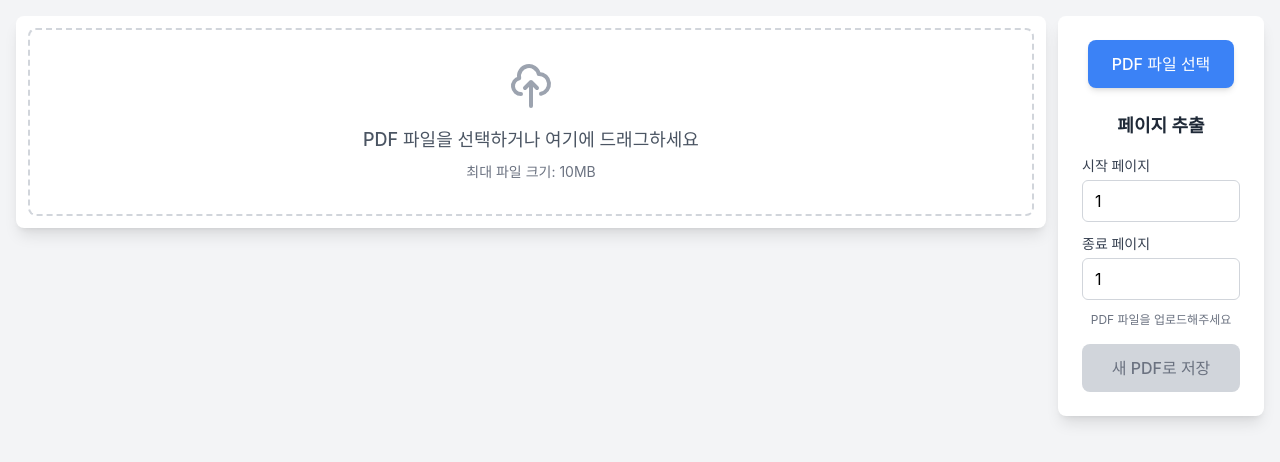
Repository: orcaCrew/PDF-Handler
Page: /
The author's editor kept a copy of each file at every save. The page is drawn from the files as they stood at one save, then again after the next save.
The browser window is 1280 px wide. The pictures show the whole page.
The project was rebuilt for these pictures with package versions that can differ from the ones it lists, and the page was loaded fresh each time.

Above is the page before, as saved 2025-07-21 13:40:59.

### public/index.html
<!DOCTYPE html>
<html lang="ko">
  <head>
    <meta charset="utf-8" />
    <link rel="icon" href="%PUBLIC_URL%/favicon.ico" />
    <meta name="viewport" content="width=device-width, initial-scale=1" />
    <meta name="theme-color" content="#000000" />
    <meta
      name="description"
      content="PDF 파일 미리보기 애플리케이션"
    />
    <title>PDF 미리보기</title>
  </head>
  <body>
    <noscript>이 앱을 실행하려면 JavaScript를 활성화해야 합니다.</noscript>
    <div id="root"></div>
  </body>
</html>

### src/App.js
import React, { useState, useRef, useEffect } from 'react';
import { Document, Page, pdfjs } from 'react-pdf';
import { PDFDocument } from 'pdf-lib';
import 'react-pdf/dist/esm/Page/AnnotationLayer.css';
import 'react-pdf/dist/esm/Page/TextLayer.css';

pdfjs.GlobalWorkerOptions.workerSrc = `//cdnjs.cloudflare.com/ajax/libs/pdf.js/${pdfjs.version}/pdf.worker.min.js`;

function App() {
  const [file, setFile] = useState(null);
  const [numPages, setNumPages] = useState(null);
  const [pageNumber, setPageNumber] = useState(1);
  const [loading, setLoading] = useState(false);
  const [isDragOver, setIsDragOver] = useState(false);
  const [loadedPages, setLoadedPages] = useState(new Set());
  const [displayedPages, setDisplayedPages] = useState(3); // lazy 로드 시작 수
  const [startPage, setStartPage] = useState(1);
  const [endPage, setEndPage] = useState(1);
  const [extracting, setExtracting] = useState(false);
  const fileInputRef = useRef(null);
  const loaderRef = useRef(null); // 스크롤 lazy 트리거용

  // Intersection Observer로 lazy loading 구현
  useEffect(() => {
    if (!loaderRef.current) return;
    const observer = new IntersectionObserver(
      ([entry]) => {
        if (entry.isIntersecting && numPages && displayedPages < numPages) {
          setDisplayedPages(prev => Math.min(prev + 3, numPages));
        }
      },
      { threshold: 1 }
    );
    observer.observe(loaderRef.current);
    return () => observer.disconnect();
  }, [displayedPages, numPages]);

  // 페이지 수가 변경될 때 endPage 업데이트
  useEffect(() => {
    if (numPages) {
      setEndPage(numPages);
    }
  }, [numPages]);

  const onFileChange = (event) => {
    const { files } = event.target;
    if (files && files[0]) {
      setFile(files[0]);
      setPageNumber(1);
      setLoadedPages(new Set());
      setDisplayedPages(3);
      setStartPage(1);
    }
    event.target.value = '';
  };

  const handleDragOver = (e) => {
    e.preventDefault();
    setIsDragOver(true);
  };

  const handleDragLeave = (e) => {
    e.preventDefault();
    setIsDragOver(false);
  };

  const handleDrop = (e) => {
    e.preventDefault();
    setIsDragOver(false);

    const droppedFiles = e.dataTransfer.files;
    if (droppedFiles && droppedFiles[0]) {
      const droppedFile = droppedFiles[0];
      if (droppedFile.type === 'application/pdf') {
        setFile(droppedFile);
        setPageNumber(1);
        setLoadedPages(new Set());
        setDisplayedPages(3);
        setStartPage(1);
      } else {
        alert('PDF 파일만 업로드 가능합니다.');
      }
    }
  };

  const onDocumentLoadSuccess = ({ numPages }) => {
    setNumPages(numPages);
    setLoading(false);
  };

  const onDocumentLoadError = (error) => {
    console.error('PDF 로드 오류:', error);
    setLoading(false);
  };

  const onPageLoadSuccess = (pageNumber) => {
    setLoadedPages(prev => {
      const newSet = new Set([...prev, pageNumber]);
      return newSet;
    });
  };

  const extractPages = async () => {
    if (!file || !numPages) {
      alert('PDF 파일을 먼저 업로드해주세요.');
      return;
    }

    if (startPage < 1 || endPage > numPages || startPage > endPage) {
      alert('올바른 페이지 범위를 입력해주세요.');
      return;
    }

    setExtracting(true);

    try {
      // PDF 파일을 ArrayBuffer로 읽기
      const arrayBuffer = await file.arrayBuffer();

      // PDF 문서 로드
      const pdfDoc = await PDFDocument.load(arrayBuffer);

      // 새 PDF 문서 생성
      const newPdfDoc = await PDFDocument.create();

      // 선택된 페이지들을 새 문서에 복사
      for (let i = startPage - 1; i < endPage; i++) {
        const [copiedPage] = await newPdfDoc.copyPages(pdfDoc, [i]);
        newPdfDoc.addPage(copiedPage);
      }

      // 새 PDF를 바이트 배열로 변환
      const pdfBytes = await newPdfDoc.save();

      // 파일 다운로드
      const blob = new Blob([pdfBytes], { type: 'application/pdf' });
      const url = URL.createObjectURL(blob);
      const link = document.createElement('a');
      link.href = url;
      link.download = `${file.name.replace('.pdf', '')}_pages_${startPage}-${endPage}.pdf`;
      document.body.appendChild(link);
      link.click();
      document.body.removeChild(link);
      URL.revokeObjectURL(url);

      alert(`${startPage}페이지부터 ${endPage}페이지까지 추출이 완료되었습니다.`);
    } catch (error) {
      console.error('PDF 추출 오류:', error);
      alert('PDF 추출 중 오류가 발생했습니다.');
    } finally {
      setExtracting(false);
    }
  };

  return (
    <div className="min-h-screen bg-gray-100 py-4">
      <div className="max-w-7xl mx-auto px-4 space-y-6">
        <div className="flex flex-col lg:flex-row gap-3">
          {/* 페이지 리스트와 미리보기 영역 */}
          <div className="lg:w-5/6">
            <div className="bg-white rounded-lg shadow-lg p-3">
              {file ? (
                <div className="space-y-6">
                  <div className="flex items-center justify-between">
                    <h2 className="text-xl font-semibold text-gray-800">
                      {file.name}
                    </h2>
                    <div className="text-gray-600">
                      총 {numPages || '...'} 페이지
                    </div>
                  </div>

                  <div className="grid grid-cols-1 lg:grid-cols-3 gap-6">
                    {/* 페이지 리스트 영역 */}
                    <div className="lg:col-span-1">
                      <h3 className="text-lg font-semibold text-gray-800 mb-4">페이지 목록</h3>
                      <div className="max-h-[50rem] overflow-y-auto space-y-4">
                        {loading && (
                          <div className="flex items-center justify-center p-8">
                            <div className="animate-spin rounded-full h-8 w-8 border-b-2 border-blue-500"></div>
                            <span className="ml-2 text-gray-600">PDF 로딩 중...</span>
                          </div>
                        )}
                        <Document
                        file={file}
                        onLoadSuccess={onDocumentLoadSuccess}
                        onLoadError={onDocumentLoadError}
                        onLoadStart={() => setLoading(true)}
                        loading={
                          <div className="flex items-center justify-center p-8">
                            <div className="animate-spin rounded-full h-8 w-8 border-b-2 border-blue-500"></div>
                            <span className="ml-2 text-gray-600">PDF 로딩 중...</span>
                          </div>
                        }
                        >
                        {numPages &&
                          Array.from(
                            new Array(Math.min(displayedPages, numPages)),
                            (el, index) => (
                              <div
                                key={`page_${index + 1}`}
                                className={`border-2 rounded-lg p-4 bg-white hover:shadow-md transition-shadow cursor-pointer ${
                                  pageNumber === index + 1
                                    ? 'border-blue-500 bg-blue-50'
                                    : 'border-gray-200'
                                }`}
                                onClick={() => setPageNumber(index + 1)}
                              >
                                <div className="flex items-center space-x-4">
                                  <div className="flex-shrink-0">
                                    <Page
                                      pageNumber={index + 1}
                                      width={120}
                                      renderTextLayer={false}
                                      renderAnnotationLayer={false}
                                      onLoadSuccess={() => onPageLoadSuccess(index + 1)}
                                      loading={
                                        <div className="w-30 h-40 bg-gray-200 rounded flex items-center justify-center">
                                          <div className="animate-spin rounded-full h-6 w-6 border-b-2 border-blue-500"></div>
                                        </div>
                                      }
                                    />
                                  </div>
                                  <div className="flex-1">
                                    <h3 className="text-lg font-semibold text-gray-800">
                                      {index + 1} 페이지
                                    </h3>
                                  </div>
                                </div>
                              </div>
                            )
                          )}
                        </Document>
                      </div>
                      {/* lazy-load 트리거 */}
                      <div ref={loaderRef} className="h-12" />
                    </div>

                    {/* 선택된 페이지 미리보기 영역 */}
                    <div className="lg:col-span-2">
                      <h3 className="text-lg font-semibold text-gray-800">선택된 페이지</h3>
                      {pageNumber ? (
                        <div className="flex justify-center items-center mt-2">
                          <div className="flex border border-gray-300 rounded-lg shadow-lg bg-white w-full p-4 justify-center">
                              <Document
                                file={file}
                                onLoadSuccess={onDocumentLoadSuccess}
                                onLoadError={onDocumentLoadError}
                                onLoadStart={() => setLoading(true)}
                                loading={
                                  <div className="flex items-center justify-center p-8">
                                    <div className="animate-spin rounded-full h-8 w-8 border-b-2 border-blue-500"></div>
                                    <span className="ml-2 text-gray-600">PDF 로딩 중...</span>
                                  </div>
                                }
                              >
                                <Page
                                  pageNumber={pageNumber}
                                  width={Math.min(window.innerWidth * 0.35 - 100, 540)}
                                  renderTextLayer={false}
                                  renderAnnotationLayer={false}
                                  className="w-full h-auto max-w-full"
                                  style={{ maxWidth: '100%', height: 'auto' }}
                                />
                              </Document>
                          </div>
                        </div>
                      ) : (
                        <div className="text-center text-gray-500 py-8">
                          <p>페이지를 선택하면 여기서 미리보기를 확인할 수 있습니다.</p>
                        </div>
                      )}
                    </div>
                  </div>
                </div>
              ) : (
                <div
                  className={`border-2 border-dashed rounded-lg p-8 text-center transition-colors h-full flex items-center justify-center ${
                    isDragOver
                      ? 'border-blue-500 bg-blue-50'
                      : 'border-gray-300 hover:border-blue-400'
                  }`}
                  onDragOver={handleDragOver}
                  onDragLeave={handleDragLeave}
                  onDrop={handleDrop}
                >
                  <label
                    htmlFor="file-upload"
                    className="cursor-pointer flex flex-col items-center"
                  >
                    <svg
                      className="w-12 h-12 text-gray-400 mb-4"
                      fill="none"
                      stroke="currentColor"
                      viewBox="0 0 24 24"
                    >
                      <path
                        strokeLinecap="round"
                        strokeLinejoin="round"
                        strokeWidth={2}
                        d="M7 16a4 4 0 01-.88-7.903A5 5 0 1115.9 6L16 6a5 5 0 011 9.9M15 13l-3-3m0 0l-3 3m3-3v12"
                      />
                    </svg>
                    <span className="text-lg font-medium text-gray-600">
                      PDF 파일을 선택하거나 여기에 드래그하세요
                    </span>
                    <span className="text-sm text-gray-500 mt-2">
                      최대 파일 크기: 10MB
                    </span>
                  </label>
                </div>
              )}
            </div>
          </div>

          {/* 선택 버튼 영역 */}
          <div className="lg:w-1/6">
            <div className="bg-white rounded-lg shadow-lg p-6 space-y-6">
              <div className="flex justify-center">
                <button
                  onClick={() => {
                    fileInputRef.current?.click();
                  }}
                  className="px-6 py-3 bg-blue-500 text-white rounded-lg hover:bg-blue-600 transition-colors font-medium shadow-md"
                >
                  {file ? 'PDF 파일 변경' : 'PDF 파일 선택'}
                </button>
              </div>
              <input
                ref={fileInputRef}
                type="file"
                accept=".pdf"
                onChange={onFileChange}
                className="hidden"
                id="file-upload"
              />

              {/* 페이지 추출 영역 */}
              <div className="space-y-4">
                <h3 className="text-lg font-semibold text-gray-800 text-center">
                  페이지 추출
                </h3>

                <div className="space-y-3">
                  <div>
                    <label className="block text-sm font-medium text-gray-700 mb-1">
                      시작 페이지
                    </label>
                    <input
                      type="number"
                      min="1"
                      max={numPages || 1}
                      value={startPage}
                      onChange={(e) => setStartPage(parseInt(e.target.value) || 1)}
                      className="w-full px-3 py-2 border border-gray-300 rounded-md focus:outline-none focus:ring-2 focus:ring-blue-500 focus:border-transparent"
                    />
                  </div>

                  <div>
                    <label className="block text-sm font-medium text-gray-700 mb-1">
                      종료 페이지
                    </label>
                    <input
                      type="number"
                      min="1"
                      max={numPages || 1}
                      value={endPage}
                      onChange={(e) => setEndPage(parseInt(e.target.value) || 1)}
                      className="w-full px-3 py-2 border border-gray-300 rounded-md focus:outline-none focus:ring-2 focus:ring-blue-500 focus:border-transparent"
                    />
                  </div>

                  <div className="text-xs text-gray-500 text-center">
                    {numPages ? `총 ${numPages}페이지 중 선택` : 'PDF 파일을 업로드해주세요'}
                  </div>
                </div>

                <button
                  onClick={extractPages}
                  disabled={extracting || !file || !numPages || startPage > endPage || startPage < 1 || endPage > (numPages || 1)}
                  className={`w-full px-4 py-3 rounded-lg font-medium transition-colors ${
                    extracting || !file || !numPages || startPage > endPage || startPage < 1 || endPage > (numPages || 1)
                      ? 'bg-gray-300 text-gray-500 cursor-not-allowed'
                      : 'bg-green-500 text-white hover:bg-green-600 shadow-md'
                  }`}
                >
                  {extracting ? (
                    <div className="flex items-center justify-center">
                      <div className="animate-spin rounded-full h-4 w-4 border-b-2 border-white mr-2"></div>
                      추출 중...
                    </div>
                  ) : (
                    '새 PDF로 저장'
                  )}
                </button>
              </div>
            </div>
          </div>
        </div>
      </div>
    </div>
  );
}

export default App;

Loaded but not shown: src/index.js (common file); src/index.css (common file); tailwind.config.js (common file)

After the next save:
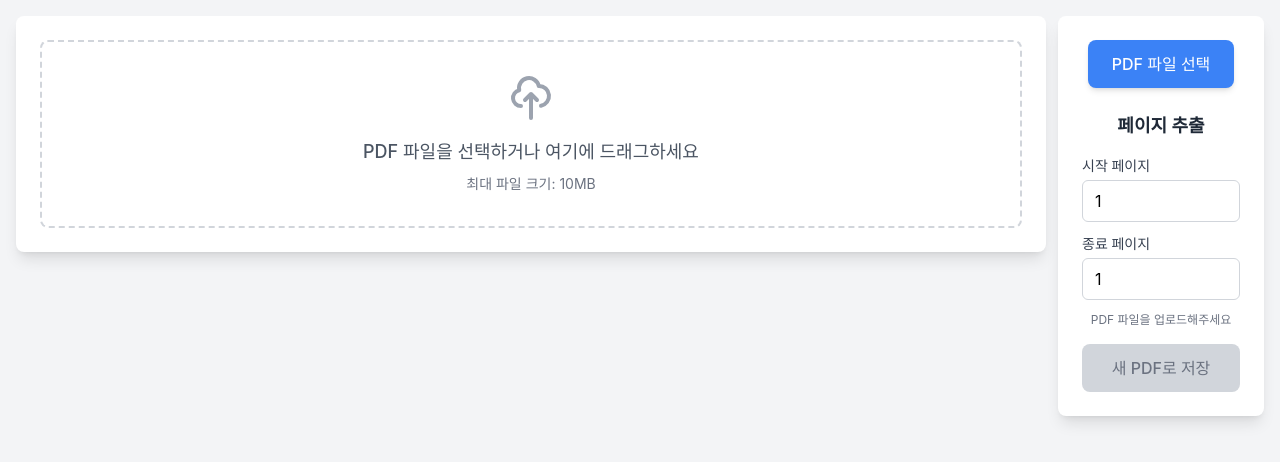
Saved 5 s later.
--- a/src/App.js
+++ b/src/App.js
@@ -158,7 +158,7 @@ function App() {
         <div className="flex flex-col lg:flex-row gap-3">
           {/* 페이지 리스트와 미리보기 영역 */}
           <div className="lg:w-5/6">
-            <div className="bg-white rounded-lg shadow-lg p-3">
+            <div className="bg-white rounded-lg shadow-lg p-6">
               {file ? (
                 <div className="space-y-6">
                   <div className="flex items-center justify-between">
